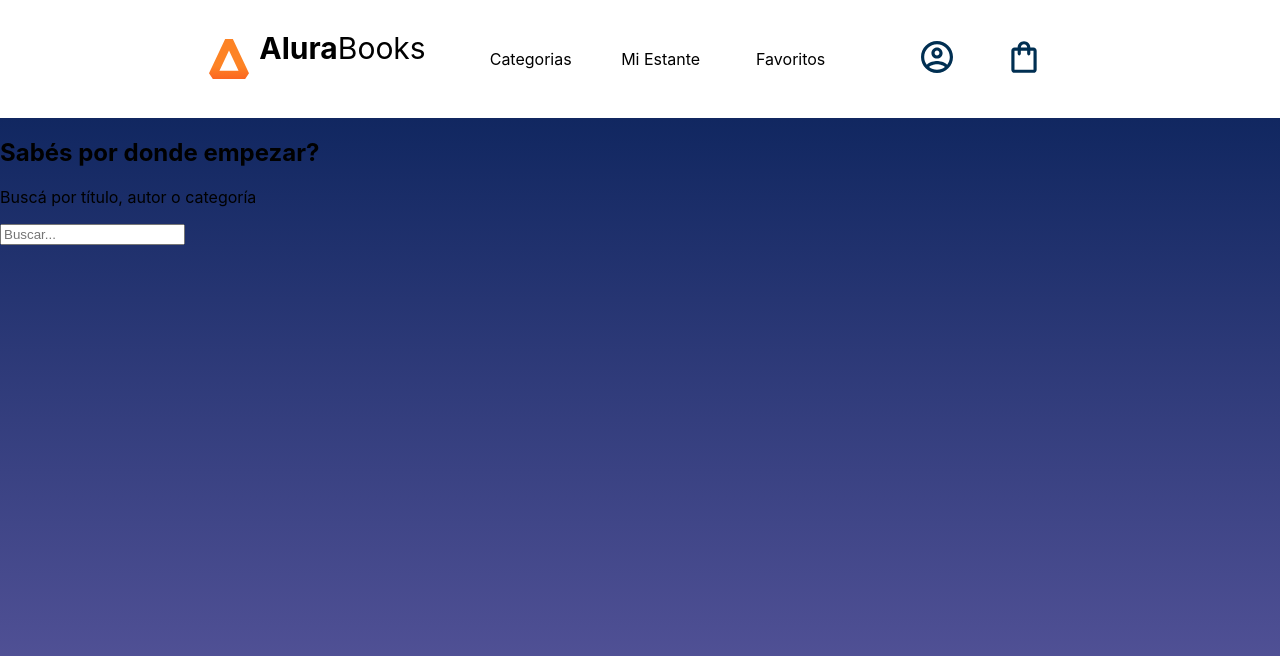
Repository: SandroG1977/Alura.Books
Page: /
These files come from the project's save history. The page is drawn as it stood at one moment and after the next save; the edit follows.
The browser window is 1280 px wide. The pictures show the whole page.
The project was rebuilt for these pictures with package versions that can differ from the ones it lists, and the page was loaded fresh each time.

Above is the page before, as saved 2026-04-08 22:11:38.

After the next save:
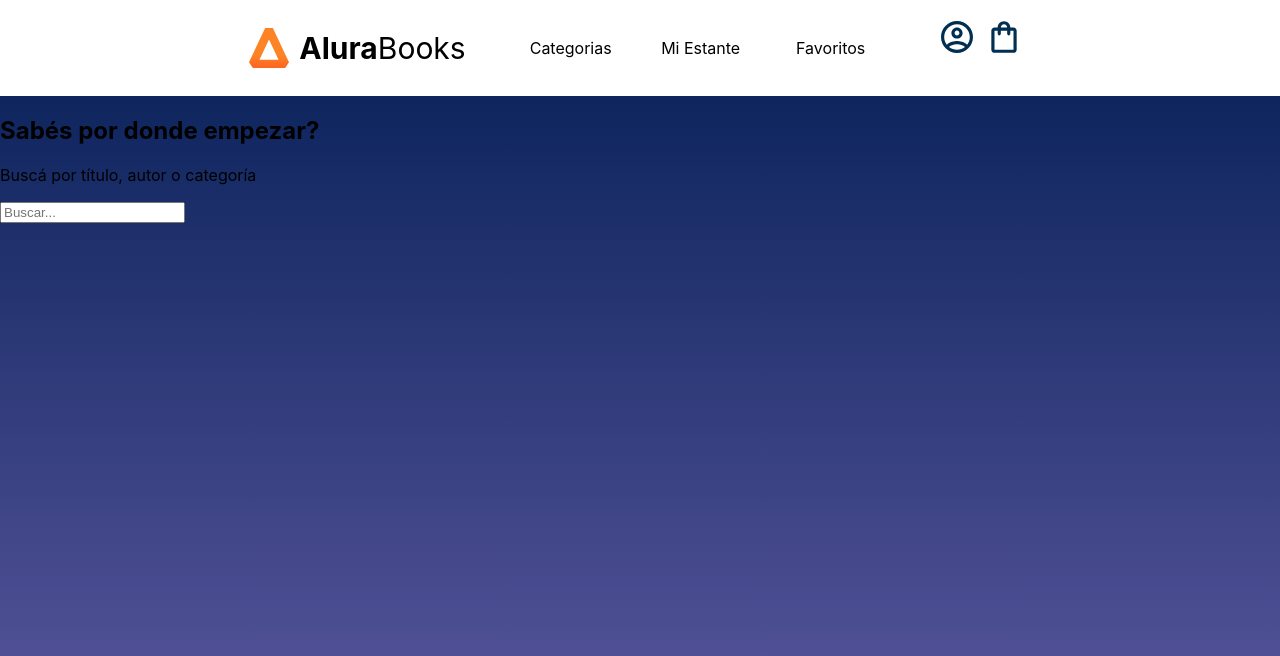
Saved 7 s later.
--- a/src/components/IconosHeader/index.js
+++ b/src/components/IconosHeader/index.js
@@ -10,7 +10,7 @@
 
 const Icono = styled.li`
     width: 40px;
-    margin: 25px;
+    margin:5px;
 `;
 
 const iconosOpciones = [perfil, carrito];
